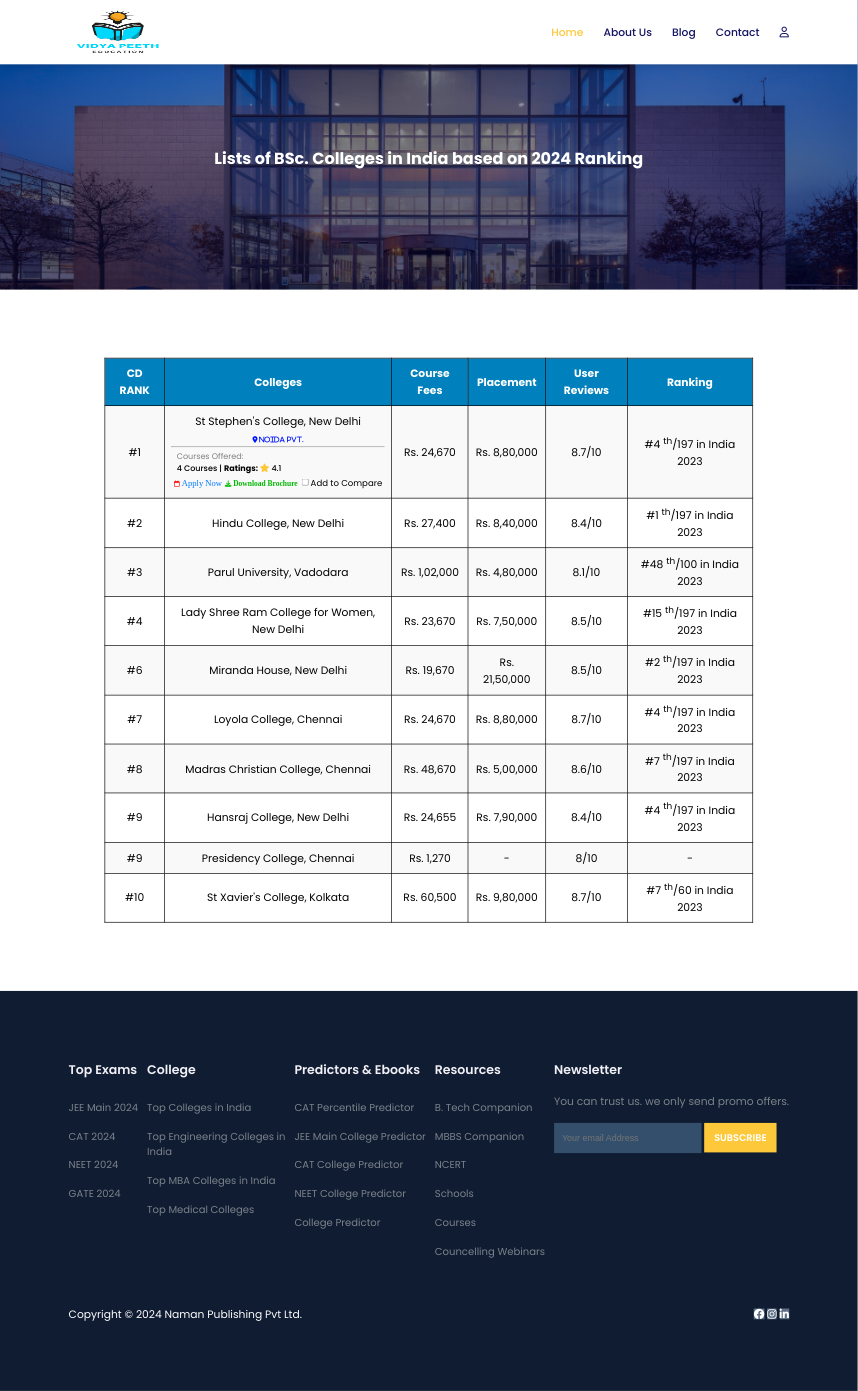
Repository: NamanSahu09/VidyaPreet-Ed-Tech-Website
Page: bsc.html
An editor plug-in stored every save of this project. The page is shown before and after a run of saves, followed by the edit.
The browser window is 1280 px wide. The pictures show the whole page, at 67% of full size.
Some web libraries are served in a nearby version.

Above is the page before, as saved 2024-04-12 13:34:10.

### bsc.html
<!DOCTYPE html>
<html lang="en">
<head>
	<meta charset="UTF-8">
	<meta name="viewport" content="width=device-width, initial-scale=1.0">
	<title>Top BSc Colleges in India</title>

	<!-- font Awesome CDN link -->
	<link rel="stylesheet" href="https://cdnjs.cloudflare.com/ajax/libs/font-awesome/6.1.1/css/all.min.css" />

	<!-- External CSS -->
	<!-- <link rel="stylesheet" href="style.css"> -->
	<!-- <link rel="stylesheet" href="about.css"> -->
	<link rel="stylesheet" href="bsc.css">



	<!-- JQuery CDN link -->
	<script src="https://code.jquery.com/jquery-3.6.0.min.js" integrity="sha256-/xUj+3OJU5yExlq6GSYGSHk7tPXikynS7ogEvDej/m4=" crossorigin="anonymous"></script>
</head>
<body>
	<!-- Navigation start -->
	<nav>
		<img src="img/Vidya peeth.png" class="logo" alt="" height="70px"  width="250px"/>

		<div class="navigation">
			<ul>
				<i id="menu-close" class="fas fa-times"></i>
				<li><a href="index.html" class="active">Home</a></li>
				<li><a href="about.html">About Us</a></li>
				<li><a href="blog.html">Blog</a></li>
				<!-- <li><a href="courses.html">Courses</a></li> -->
				<li><a href="contact.html">Contact</a></li>
				<li><a href="#">
					<i class="far fa-user"></i>
					</a>
				</li>


			</ul>

			<img src="img/menu.png" id="menu-btn" alt="">
		</div>
	</nav>
	<!-- Navigation ends -->



  <!-- login sign-up-form -->

  <div class="form">
    <!-- login -->
    <div class="login-form">

      <!-- cancel-btn -->

      <a href="#" class="form-cancel">
        <i class="fas fa-times"></i>
      </a>


      <strong>Log In</strong>
      <!-- inputs -->
      <form >
        <input type="email" placeholder="Example@gmail.com" name="email" required>
        <input type="password" placeholder="Password" name="password" required>
        <!-- submit-btn -->
        <input type="submit" value="Log In">
      </form>

      <!-- Forget-and-signup -->
      <div class="form-btns">
          <a href="#" class="forget">Forget Your Password?</a>
          <a href="#" class="sign-up-btn">Create Account</a>
    </div>

    </div>




     <!-- Sign Up -->
     <div class="sign-up-form">

      <!-- cancel-btn -->

      <a href="#" class="form-cancel">
        <i class="fas fa-times"></i>
      </a>


      <strong>Sign In</strong>
      <!-- inputs -->
      <form >
        <input type="text" placeholder="Full Name" name="fullname" required>
        <input type="email" placeholder="Example@gmail.com" name="email" required>
        <input type="password" placeholder="Password" name="password" required>
        <!-- submit-btn -->
        <input type="submit" value="Sign Up">
      </form>

      <!-- Forget-and-signup -->
      <div class="form-btns">
          <a href="#" class="already-acount">Already have Account?</a>
    </div>

    </div>

  </div>







	<!-- Hero section starts from here -->
	<section id="about-home">
		<h2>
			Lists of BSc. Colleges in India based on 2024 Ranking
		</h2>
	</section>
	<!-- Hero section ends from here -->


	<section id="contact">


		<table cellspacing="10px" cellpadding="10px" border="1" align="center"  class="custom-table">
			<tr align="center">
	<th>CD RANK</th>
	<th>Colleges</th>
	<th>Course Fees</th>
	<th>Placement</th>
	<th>User Reviews</th>
	<th>Ranking</th>
	</tr>

	<tr align="center">
	<td>#1</td>
	<td><a href="https://www.ststephens.edu/">St Stephen's College, New Delhi</a><br>
		<i class="fa-solid fa-location-dot " style="font-size: 10px; "> Noida Pvt.</i>
		<hr>


	<p style="font-size: 12px; color: grey; margin-left: 0.5rem; margin-top: 4px;" align="left">Courses Offered:</p>
	<p align="left" style="margin-left: 0.5rem; font-size: 12px; font-weight: 500; ">4 Courses |
			<b>Ratings: </b><i align="left" class="fa-solid fa-star"></i> 4.1
	</p>



	<i class="fa-regular fa-calendar" align="left"><a href="https://www.ststephens.edu/"> Apply Now </a></i>
	<i class="fa-solid fa-download" align="center"><a href=""> Download Brochure</a></i>
	<input type="checkbox"><span>Add to Compare</span>









	</td>
	<td>Rs. 24,670</td>
	<td>Rs. 8,80,000</td>
	<td>8.7/10</td>
	<td>#4 <sup>th</sup>/197 in India 2023 </td>
	</tr>

	<tr align="center">
	<td>#2</td>
	<td><a href="https://hinducollege.ac.in/">Hindu College, New Delhi  </a></td>
	<td>Rs. 27,400</td>
	<td>Rs. 8,40,000</td>
	<td>8.4/10</td>
	<td>#1 <sup>th</sup>/197 in India 2023 </td>
	</tr>	<tr align="center">
	<td>#3</td>
	<td><a href="https://paruluniversity.ac.in/">Parul University, Vadodara</a></td>
	<td>Rs. 1,02,000</td>
	<td>Rs. 4,80,000</td>
	<td>8.1/10</td>
	<td>#48 <sup>th</sup>/100 in India 2023 </td>
	</tr>	<tr align="center">
	<td>#4</td>
	<td>Lady Shree Ram College for Women, New Delhi</td>
	<td>Rs. 23,670</td>
	<td>Rs. 7,50,000</td>
	<td>8.5/10</td>
	<td>#15 <sup>th</sup>/197 in India 2023 </td>
	</tr>	<tr align="center">
	<td>#6</td>
	<td>Miranda House, New Delhi</td>
	<td>Rs. 19,670</td>
	<td>Rs. 21,50,000</td>
	<td>8.5/10</td>
	<td>#2 <sup>th</sup>/197 in India 2023 </td>
	</tr>	<tr align="center">
	<td>#7</td>
	<td>Loyola College, Chennai</td>
	<td>Rs. 24,670</td>
	<td>Rs. 8,80,000</td>
	<td>8.7/10</td>
	<td>#4 <sup>th</sup>/197 in India 2023 </td>
	</tr>	<tr align="center">
	<td>#8</td>
	<td>Madras Christian College, Chennai</td>
	<td>Rs. 48,670</td>
	<td>Rs. 5,00,000</td>
	<td>8.6/10</td>
	<td>#7 <sup>th</sup>/197 in India 2023 </td>
	</tr>	<tr align="center">
	<td>#9</td>
	<td>Hansraj College, New Delhi</td>
	<td>Rs. 24,655</td>
	<td>Rs. 7,90,000</td>
	<td>8.4/10</td>
	<td>#4 <sup>th</sup>/197 in India 2023 </td>
	</tr>	<tr align="center">
	<td>#9</td>
	<td>Presidency College, Chennai</td>
	<td>Rs. 1,270</td>
	<td> - </td>
	<td>8/10</td>
	<td > - </td>
	</tr>	<tr align="center">
	<td>#10</td>
	<td>St Xavier's College, Kolkata</td>
	<td>Rs. 60,500</td>
	<td>Rs. 9,80,000</td>
	<td>8.7/10</td>
	<td>#7 <sup>th</sup>/60 in India 2023 </td>
	</tr>


	</table>












	</section>






<!--
	<section id="map">
		<iframe src="https://www.google.com/maps/embed?pb=!1m18!1m12!1m3!1d30711686.029386617!2d64.41853642919325!3d20.009139591170264!2m3!1f0!2f0!3f0!3m2!1i1024!2i768!4f13.1!3m3!1m2!1s0x30635ff06b92b791%3A0xd78c4fa1854213a6!2sIndia!5e0!3m2!1sen!2sin!4v1652012148253!5m2!1sen!2sin" style="border:0;" allowfullscreen="" loading="lazy" referrerpolicy="no-referrer-when-downgrade"></iframe>
	</section> -->


	<!-- Footer section starts from here -->
	<footer>
		<div class="footer-col">
			<h3>Top Exams</h3>
			<li>JEE Main 2024</li>
			<li>CAT 2024</li>
			<li>NEET 2024</li>
			<li>GATE 2024</li>

		</div>

		<div class="footer-col">
			<h3>College</h3>
			<li>Top Colleges in India</li>
			<li>Top Engineering Colleges in <br>India</li>
			<li>Top MBA Colleges in India</li>
			<li>Top Medical Colleges</li>
		</div>

		<div class="footer-col">
			<h3>Predictors & Ebooks</h3>
			<li>CAT Percentile Predictor</li>
			<li>JEE Main College Predictor</li>
			<li>CAT College Predictor</li>
			<li>NEET College Predictor</li>
			<li>College Predictor</li>
		</div>

		<div class="footer-col">
			<h3>Resources</h3>
			<li>B. Tech Companion</li>
			<li>MBBS Companion</li>
			<li>NCERT</li>
			<li>Schools</li>
			<li>Courses</li>
			<li>Councelling Webinars</li>
		</div>

		<div class="footer-col">
			<h3>Newsletter</h3>
			<p>You can trust us. we only send promo offers.</p>

			<div class="subscribe">
				<input type="email" placeholder="Your email Address">
				<a href="#" class="yellow">SUBSCRIBE</a>
			</div>
		</div>

		<div class="copyright">
			<p align="center">
				Copyright &copy; 2024 Naman Publishing Pvt Ltd.
			</p>
			<div class="pro-links">
				<i class="fab fa-facebook"></i>
				<i class="fab fa-instagram"></i>
				<i class="fab fa-linkedin-in"></i>
			</div>
		</div>
	</footer>
	<!-- Footer section ends from here -->

	<script>
		// Show menu links on burger click
		$('#menu-btn').click(function(){
			$('nav .navigation ul').addClass('active')
		});

		// Hide navbar on click function
		$('#menu-close').click(function(){
			$('nav .navigation ul').removeClass('active')
		});

 /*---For Login and Sign-up----------------------------*/

 $(document).on('click', '.far.fa-user', function(){
    $('.form').addClass('login-active').removeClass('sign-up-active');
});

$(document).on('click', '.sign-up-btn', function(){
    $('.form').removeClass('login-active').addClass('sign-up-active');
});

$(document).on('click', '.form-cancel', function(){
    $('.form').removeClass('login-active').removeClass('sign-up-active');
});

$(document).on('click', '.already-acount', function(){
    $('.form').addClass('login-active').removeClass('sign-up-active');
});


	</script>

</body>
</html>

### bsc.css
@import url('https://fonts.googleapis.com/css2?family=Inter:wght@100;200;300;400;500&family=Poppins:ital,wght@0,100;0,200;0,300;0,400;0,500;0,600;0,700;0,800;0,900;1,700;1,800;1,900&display=swap');
*
{
	margin: 0;
	padding: 0;
	box-sizing: border-box;
}
body
{
	font-family: 'Poppins', sans-serif;
}
h1
{
	font-size: 2.5rem;
	font-weight: 700;
	color: rgb(35, 35, 85);
}

span
{
	font-size: .9rem;
}

h6
{
	font-size: 1.1rem;
	color: rgb(24, 24, 49);
}


/*------------- Navigation style start ------------*/
nav
{
	position: fixed;
	width: 100%;
	background-color: #fff;
	display: flex;
	justify-content: space-between;
	align-items: center;
	padding: 1vw 8vw;
	box-shadow: 2px 2px 10px rgba(0, 0, 0, 0.15);
	z-index: 1;
}

nav .logo
{
	width: 150px;
	cursor: pointer;
}

nav .navigation
{
	display: flex;
}

#menu-btn
{
	width: 30px;
	height: 30px;
	display: none;
}

#menu-close
{
	display: none;
}

nav .navigation ul
{
	display: flex;
	justify-content: flex-end;
	align-items: center;
}

nav .navigation ul li
{
	list-style: none;
	margin-left: 30px;
}

nav .navigation ul li a
{
	text-decoration: none;
	color: rgb(21, 21, 100);
	font-size: 16px;
	font-weight: 500;
	transition: 0.3s ease;
}

nav .navigation ul li a.active,
nav .navigation ul li a:hover
{
	color: #FDC93B;

}
/*------------- Navigation style end ------------*/

/* Login Form and Sign In form */


.form{
  width:100%;
  height: 100%;
  position: fixed;
  /* top: 0px;
  left: 0px; */
  background-color: rgba(0,0,0,0.2);
  display: flex;
  justify-content: center;
  align-items: center;
  flex-direction: column;
  z-index: 102;
}


.login-form,
.sign-up-form{
  width:420px;
  padding: 20px 10px;
  background-color: #ffffff;
  box-shadow: 2px 2px 30px rgba(0,0,0,0.1);
  display: flex;
  justify-content: center;
  align-items: center;
  flex-direction: column;
  border-radius: 5px;
  position: relative;

}
.login-form form,
.sign-up-form form{
  display: flex;
  justify-content: center;
  align-items: center;
  flex-direction: column;
  width: 100%;
}
.login-form strong,
.sign-up-form strong{
  color: #272727;
  font-size: 2rem;
  margin: 2px 7px 7px 7px;
  text-transform: uppercase;
  letter-spacing: 0.5px;
  font-weight: 500;
}
.login-form input,
.sign-up-form input{
  width:90%;
  height: 45px;
  margin: 6px 0px;
  padding: 0px 10px;
  border: 1px solid rgba(0,0,0,0.1);
  outline: none;
  border-radius: 7px;
}
.login-form input::placeholder,
.sign-up-form input::placeholder{
  color: rgba(0,0,0,0.5);
}
.login-form input[type="submit"],
.sign-up-form input[type="submit"]{
  background-color: #0b9d8a;
  color: #ffffff;
  border: none;
  outline: none;
  text-transform: uppercase;
  margin-top: 10px;
  border-radius: 3px;
  box-shadow: 2px 2px 30px rgba(0,0,0,0.1);
}
.form-btns{
  width: 90%;
  display: flex;
  justify-content: space-between;
  align-items: center;
  margin-top: 10px;
}
.form-btns a{
  color: #4d4d4d;
  font-size: 0.9rem;
}
.sign-up-btn{
  border-bottom: 1px solid #868686;
  line-height: 16px;
}
.form-cancel{
  position: absolute;
  right: 20px;
  top: 10px;
  color: #868686;
}
.login-form,
.sign-up-form,
.form{
  display: none;
}
.login-active,
.login-active .login-form{
  display: flex;
  animation: fade 0.3s;
}

.sign-up-active,
.sign-up-active .sign-up-form{
  display: flex;
  animation: fade 0.3s;
}
@keyframes fade{
  0%{
      opacity: 0;
  }
  100%{
      opacity: 1;
  }
}

/* - - - - - - - - - - - - - - - - - - - --  - - - - - - -  */






#contact
{
	padding: 8vw;
	display: flex;
	justify-content: space-between;
	align-items: flex-start;
}



/* ----------------------------------------------------------------------------------------------------- */

/* Table  */


.custom-table {
  width: 90%;
  margin: 0 auto;
  border-collapse: collapse;
}

/* Apply styles to table header cells (th) */
.custom-table th {
  background-color: #0081bd;
	color:white;
  border: 1px solid black;
  padding: 10px;
  text-align: center;
}

/* Apply styles to table data cells (td) */
.custom-table td {
  border: 1px solid black;
  padding: 10px;
  text-align: center;
}

/* Apply alternate background color to even rows */
.custom-table tr:nth-child(even) {
  background-color: #f9f9f9;
}




/* -------------------------------------------------------- */




#about-home {
	background-image: linear-gradient(rgba(9, 5, 54, 0.3), rgba(5, 4, 46, 0.7)), url(img/back1.jpg);
	width: 100%;
	height: 60vh;
	background-size: cover;
	background-position: center center;
	display: flex;
	flex-direction: column;
	justify-content: center;
	align-items: center;
	text-align: center;
	padding-top: 40px;
}

h2 {
	display: block;
	font-size: 1.5em;
	margin-block-start: 0.83em;
	margin-block-end: 0.83em;
	margin-inline-start: 0px;
	margin-inline-end: 0px;
	font-weight: bold;
	unicode-bidi: isolate;
	color:white;
}




table td a
{
	color:black;
	text-decoration: none;
}

table td a:hover
{
	text-decoration: underline;
	color: blue;
}


 .fa-star
{
	color: #fdc93b;
	font-size: .8rem;
}
.star
{
	font-size: 0.7rem;
	/* background-color: #98adb7; */
  /* color:white; */
  padding: 10px;
  text-align: left;
}

.fa-location-dot
{
	color: #0015ff;
	font-size:0.1rem;
	text-align:left;
}



.fa-calendar
{
	font-size: 0.6rem;
	color:red
}

 .fa-calendar a
{
	font-size: 0.8rem;
	color:rgb(0, 119, 255);
	font-family: 'Times New Roman', Times, serif;
}

.fa-download
{
	font-size: 0.6rem;
	color:rgb(0, 184, 0);
}

.fa-download a
{
	font-size: 0.7rem;
	color:rgb(0, 184, 0);
	font-family: 'Times New Roman', Times, serif;
}
input[type="checkbox"] {
  transform: scale(0.8);
  margin-right: 2px;
}


span

{
	font-size: 0.8rem;
	margin-bottom: 8px;
}





















































/*------------- Footer section styling starts ------------*/
footer
{
	padding: 8vw;
	background-color: #101c32;
	display: flex;
	justify-content: space-between;
	align-items: flex-start;
	flex-wrap: wrap;
}

footer .footer-col
{
	padding-bottom: 40px;
}

footer h3
{
	color: rgb(241, 240, 245);
	font-weight: 600;
	padding-bottom: 20px;
}

footer li
{
	list-style: none;
	color: #7b838a;
	padding: 10px 0;
	font-size: 15px;
	cursor: pointer;
	transition: 0.3s ease;
}

footer li:hover
{
	color: rgb(241, 240, 245);
}

footer p
{
	color: #7b838a;
}

footer .subscribe
{
	margin-top: 20px;
}

footer input
{
	width: 220px;
	padding: 15px 12px;
	background: #334F6C;
	border: none;
	outline: none;
	color: #fff;
}

footer .subscribe a
{
	text-decoration: none;
	font-size: 0.9rem;
	padding: 12px 15px;
	background-color: #fff;
	font-weight: 600;
}

footer .subscribe a.yellow
{
	color: #fff;
	background: #fdc93b;
	transition: 0.3s ease;
}

footer .subscribe a.yellow:hover
{
	color: rgb(21, 21, 100);
	background: #fff;
}

footer .copyright
{
	margin-top: 20px;
	width: 100%;
	display: flex;
	justify-content: space-between;
	align-items: center;
	flex-wrap: wrap;
}

footer .copyright p, footer .copyright p > a
{
	color: #fff;
	text-decoration: none;
}

footer .copyright .pro-links
{
	margin-top: 0px;
}

footer .copyright .pro-links i
{
	background-color: #5f7185;
	color: #fff;
}

footer .copyright .pro-links i:hover
{
	background: #fdc93b;
	color: #2c2c2c;
}
/*------------- Footer section styling ends ------------*/



/*---------------------------------------------------------*/
/*-------------------- Ipad screen styling ----------------*/
/*---------------------------------------------------------*/
@media screen and (max-width: 789px)
{
	nav
	{
		padding: 15px 20px;
	}

	nav img
	{
		width: 130px;
	}

	#menu-btn
	{
		display: initial;
	}

	#menu-close
	{
		display: initial;
		font-size: 1.6rem;
		color: #fff;
		padding: 30px 0 20px 20px;
	}

	nav .navigation ul
	{
		position: absolute;
		top: 0;
		right: -220px;
		display: flex;
		flex-direction: column;
		justify-content: flex-start;
		align-items: flex-start;
		width: 220px;
		height: 100vh;
		background: rgba(17, 20, 104, 0.45);
		backdrop-filter: blur(4.5px);
		border: 1px solid rgba(255, 255, 255, 0.18);
		transition: 0.3s ease-in;
	}

	nav .navigation ul.active
	{
		right: 0;
	}

	nav .navigation ul li
	{
		padding: 20px 0 20px 40px;
		margin-left: 0;
	}

	nav .navigation ul li a
	{
		color: #fff;
	}

	#home
	{
		padding: 0px;
	}

	#home p
	{
		width: 90%;
	}

	#features
	{
		padding: 8vw 4vw 0 4vw;
	}

	#course
	{
		padding: 8vw 4vw 8vw 4vw;
	}


	#registration
	{
		padding: 6vw 4vw 6vw 4vw;
		gap: 2.2rem;
	}

	#registration .reminder .time
	{
		display: flex;
		justify-content: space-between;
		flex-wrap: wrap;
		margin-top: 40px;
	}

	#experts
	{
		padding: 8vw 4vw 6vw 4vw;
	}

	footer .copyright .pro-links
	{
		margin-top: 20px;
	}
}


@media screen and (max-width: 475px)
{
	#registration
	{
		flex-direction: column;
	}

	.reminder p, .reminder h1
	{
		text-align: center;
	}

	.reminder h1
	{
		font-size: 1.8rem;
	}

	#registration .reminder .time
	{
		justify-content: space-evenly;
		margin-top: 20px;
	}
}

After the next 2 saves:
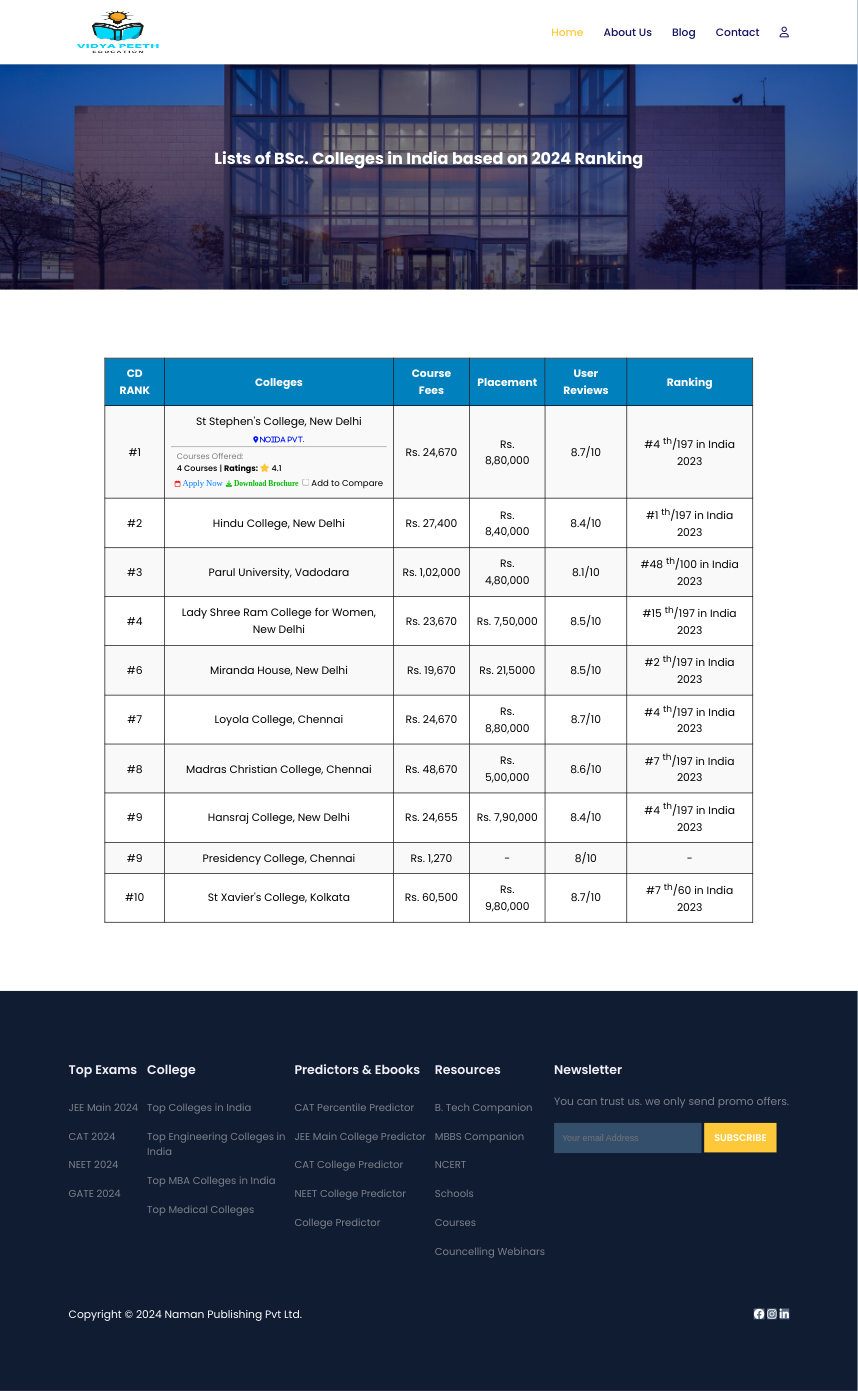
The 2 saves are shown as one change because they came seconds apart.
The last was saved 117 s later.
--- a/bsc.html
+++ b/bsc.html
@@ -194,7 +194,7 @@
 	<td>#6</td>
 	<td>Miranda House, New Delhi</td>
 	<td>Rs. 19,670</td>
-	<td>Rs. 21,50,000</td>
+	<td>Rs. 21,5000</td>
 	<td>8.5/10</td>
 	<td>#2 <sup>th</sup>/197 in India 2023 </td>
 	</tr>	<tr align="center">
